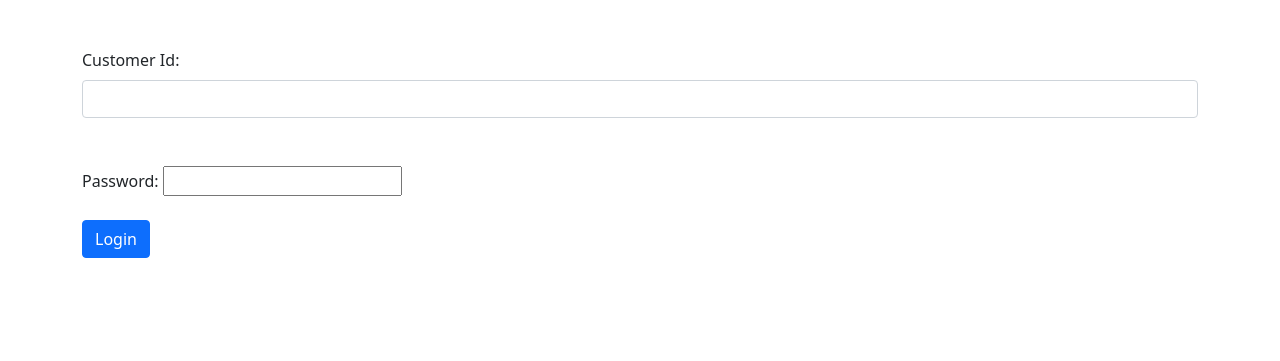
Repository: valletivarish/monojsp
Page: http://localhost/11-bank-application/login.jsp
The author's editor kept a copy of each file at every save. The page is drawn from the files as they stood at one save, then again after the next save.
The browser window is 1280 px wide. The pictures show the whole page.
The page is served by Tomcat 9.

Above is the page before, as saved 2024-07-19 16:31:28.

After the next save:
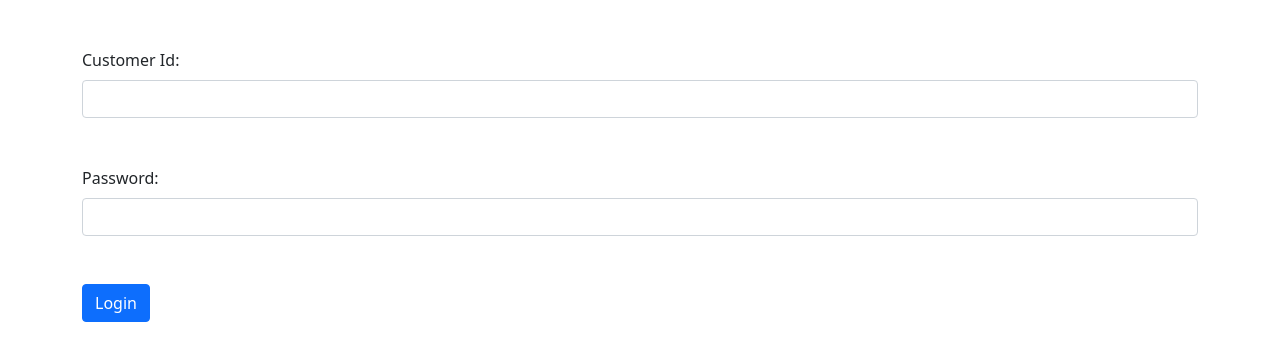
Saved 31 s later.
--- a/11-bank-application/WebContent/login.jsp
+++ b/11-bank-application/WebContent/login.jsp
@@ -23,8 +23,8 @@
 			<label for="customerid" class="form-label">Customer Id:</label> <input
 				type="text" id="customerid" name="customerid" required
 				class="form-control"><br> <br> <label
-				for="password">Password:</label> <input type="password"
-				id="password" name="password" required><br> <br>
+				for="password" class="form-label">Password:</label> <input type="password"
+				id="password" name="password" required class="form-control"><br> <br>
 			<button type="submit" class="btn btn-primary">Login</button>
 			<c:if test="${param.error != null}">
 				<p style="color: red;">Invalid username or password</p>
